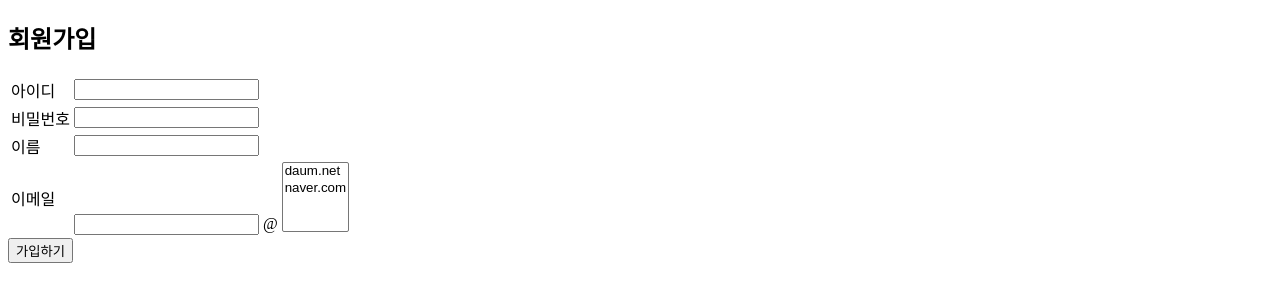
Repository: Idooru/academy_servlet
Page: pro07/WebContent/memberForm.html
These files come from the project's save history. The page is drawn as it stood at one moment and after the next save; the edit follows.
The browser window is 1280 px wide. The pictures show the whole page.

Above is the page before, as saved 2023-09-07 06:25:44.

### pro07/WebContent/memberForm.html
<!DOCTYPE html>
<html>

<head>
	<meta charset="UTF-8">
	<title>JOIN FORM</title>
	<script type="text/javascript">
		function fn_sendMember() {
			let frmMember = document.frmMember;
			let id = frmMember.id.value;
			let pwd = frmMember.pwd.value;
			let name = frmMember.name.value;
			let email = frmMember.email.value;

			if (!id) {
				alert("아이디는 필수입니다.");
			} else if (!pwd) {
				alert("비밀번호는 필수입니다.");
			} else if (!name) {
				alert("이름은 필수입니다.");
			} else if (!email) {
				alert("이메일은 필수입니다.");
			} else {
				frmMember.method = "post";
				frmMember.action = "member";
				frmMember.submit();
			}
		}
	</script>
</head>

<body>

	<form name="frmMember">
		<h2>회원가입</h2>
		<table>
			<tr>
				<td>아이디</td>
				<td><input type="text" name="id" /></td>
			</tr>
			<tr>
				<td>비밀번호</td>
				<td><input type="password" name="pwd" /></td>
			</tr>
			<tr>
				<td>이름</td>
				<td><input type="text" name="name" /></td>
			</tr>
			<tr>
				<td>이메일</td>
				<td>
					<input type="text" name="email" />
					@
					<select name="enomain" multiple>
						<option value="daum.net">daum.net</option>
						<option value="naver.com">naver.com</option>
					</select>
				</td>
			</tr>

			</tr>
		</table>
		<input type="button" value="가입하기" onclick="fn_sendMember()" />
		<input type="hidden" name="command" value="addMember" />
	</form>
</body>

</html>

After the next save:
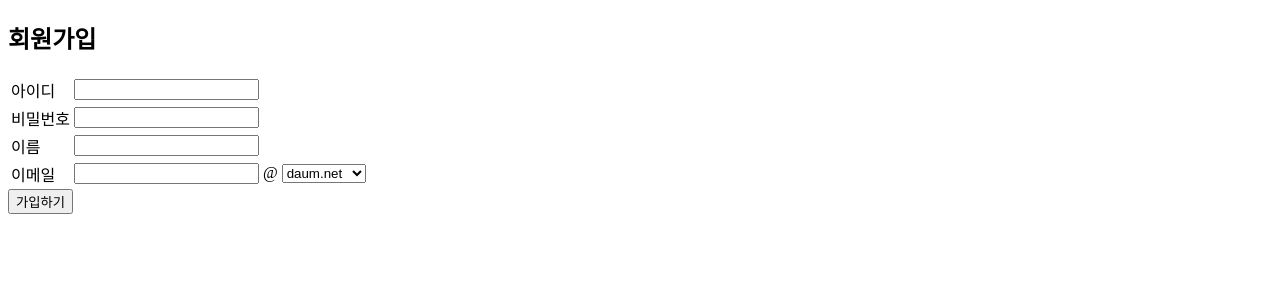
Saved 28 s later.
--- a/pro07/WebContent/memberForm.html
+++ b/pro07/WebContent/memberForm.html
@@ -51,7 +51,7 @@
 				<td>
 					<input type="text" name="email" />
 					@
-					<select name="enomain" multiple>
+					<select name="enomain">
 						<option value="daum.net">daum.net</option>
 						<option value="naver.com">naver.com</option>
 					</select>
